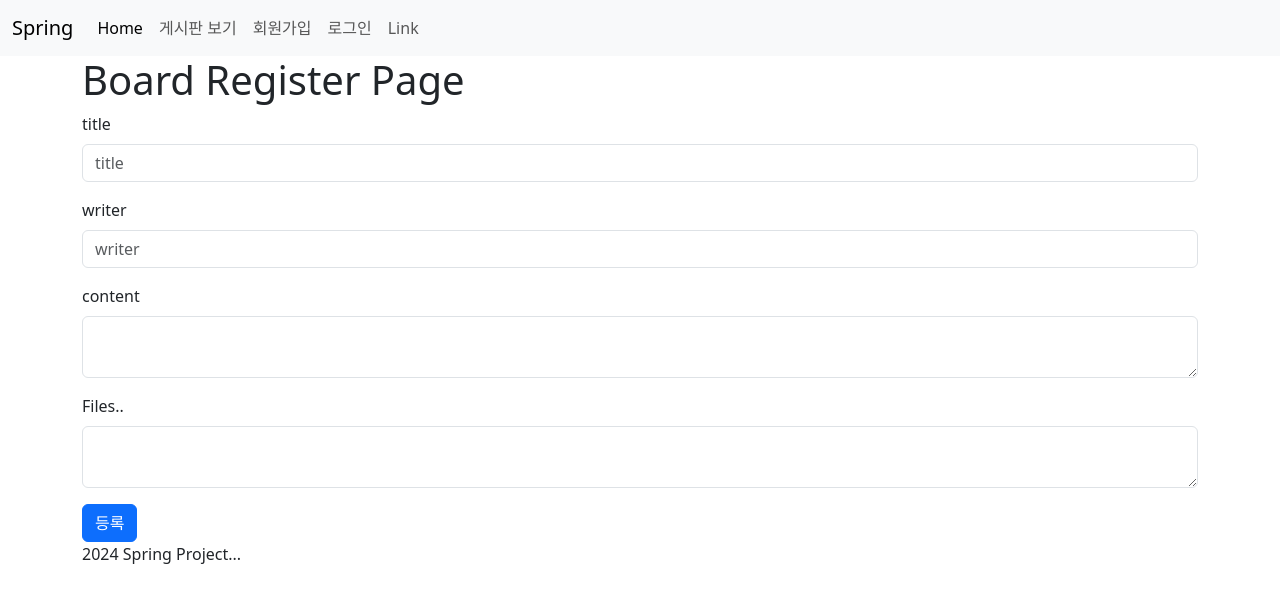
Repository: oco0217/springTest240430
Page: http://localhost/spring_study/WEB-INF/views/board/register.jsp
The author's editor kept a copy of each file at every save. The page is drawn from the files as they stood at one save, then again after a run of saves.
The browser window is 1280 px wide. The pictures show the whole page.
The page is served by Tomcat 9. Nobody is signed in. The template is opened directly, without the code that normally fills it, so the values that code supplies are empty.

Above is the page before, as saved 2024-04-29 01:18:16.

### spring_study/src/main/webapp/WEB-INF/views/board/register.jsp
<%@ page language="java" contentType="text/html; charset=UTF-8"
    pageEncoding="UTF-8"%>
<jsp:include page="../layout/header.jsp" />

<div  class="container-md">
<h1>Board Register Page</h1>
<form action="/board/insert" method="post" enctype="multipart/form-data">

<div class="mb-3">
  <label for="t" class="form-label">title</label>
  <input type="text" class="form-control" id="t" placeholder="title" name="title">
</div>
<div class="mb-3">
  <label for="w" class="form-label">writer</label>
  <input type="text" class="form-control" id="w" placeholder="writer" name="writer" value="${ses.id }" readonly="readonly">
</div>
<div class="mb-3">
  <label for="w" class="form-label">content</label>
  <textarea class="form-control" id="c" name="content" aria-label="With textarea"></textarea>
</div>

<!-- 파일 입력라인 추가 -->

<div class="mb-3">
  <label for="file" class="form-label">Files..</label>
  <textarea class="form-control" id="file" name="file" aria-label="With textarea"></textarea>
</div>

<button type="submit" class="btn btn-primary">등록</button>

</form>
</div>
<jsp:include page="../layout/footer.jsp" />

### spring_study/src/main/webapp/WEB-INF/views/layout/header.jsp
<%@ page language="java" contentType="text/html; charset=UTF-8"
    pageEncoding="UTF-8"%>
    <%@ taglib uri="http://java.sun.com/jsp/jstl/core" prefix="c" %>
<!DOCTYPE html>
<html>
<head>
<meta charset="UTF-8">
<title>header.jsp</title>
<link href="https://cdn.jsdelivr.net/npm/bootstrap@5.3.3/dist/css/bootstrap.min.css" rel="stylesheet" integrity="sha384-QWTKZyjpPEjISv5WaRU9OFeRpok6YctnYmDr5pNlyT2bRjXh0JMhjY6hW+ALEwIH" crossorigin="anonymous">
<script src="https://cdn.jsdelivr.net/npm/bootstrap@5.3.3/dist/js/bootstrap.bundle.min.js" integrity="sha384-YvpcrYf0tY3lHB60NNkmXc5s9fDVZLESaAA55NDzOxhy9GkcIdslK1eN7N6jIeHz" crossorigin="anonymous"></script>
</head>
<body>
<nav class="navbar navbar-expand-lg bg-body-tertiary">
  <div class="container-fluid">
    <a class="navbar-brand" href="#">Spring</a>
    <button class="navbar-toggler" type="button" data-bs-toggle="collapse" data-bs-target="#navbarSupportedContent" aria-controls="navbarSupportedContent" aria-expanded="false" aria-label="Toggle navigation">
      <span class="navbar-toggler-icon"></span>
    </button>
    <div class="collapse navbar-collapse" id="navbarSupportedContent">
      <ul class="navbar-nav me-auto mb-2 mb-lg-0">
        <li class="nav-item">
          <a class="nav-link active" aria-current="page" href="/">Home</a>
        </li>
        <c:if test="${ses ne null }">
        <li class="nav-item">
          <a class="nav-link" href="/board/register">게시판 글쓰기</a>
        </li>
        </c:if>
        <li class="nav-item">
          <a class="nav-link" href="/board/list">게시판 보기</a>
        </li>
        <c:if test="${ses eq null }">
        <li class="nav-item">
          <a class="nav-link" href="/member/register">회원가입</a>
        </li>
        <li class="nav-item">
          <a class="nav-link" href="/member/login">로그인</a>
        </li>
        </c:if>
        <c:if test="${ses ne null }">
        <li class="nav-item">
          <a class="nav-link" href="/member/logout">로그아웃</a>
        </li>
        <li class="nav-item">
          <a class="nav-link" href="/member/modify">${ses.id }(${ses.email }) Welcome!!</a>
        </li>
        </c:if>
        <li class="nav-item">
          <a class="nav-link" href="http://www.google.com" target="_blank" >Link</a>
        </li>
      </ul>
    </div>
  </div>
</nav>

### spring_study/src/main/webapp/WEB-INF/views/layout/footer.jsp
<%@ page language="java" contentType="text/html; charset=UTF-8"
    pageEncoding="UTF-8"%>

<div class="container-md">
2024 Spring Project...
</div>

</body>
</html>

After the next 4 saves:
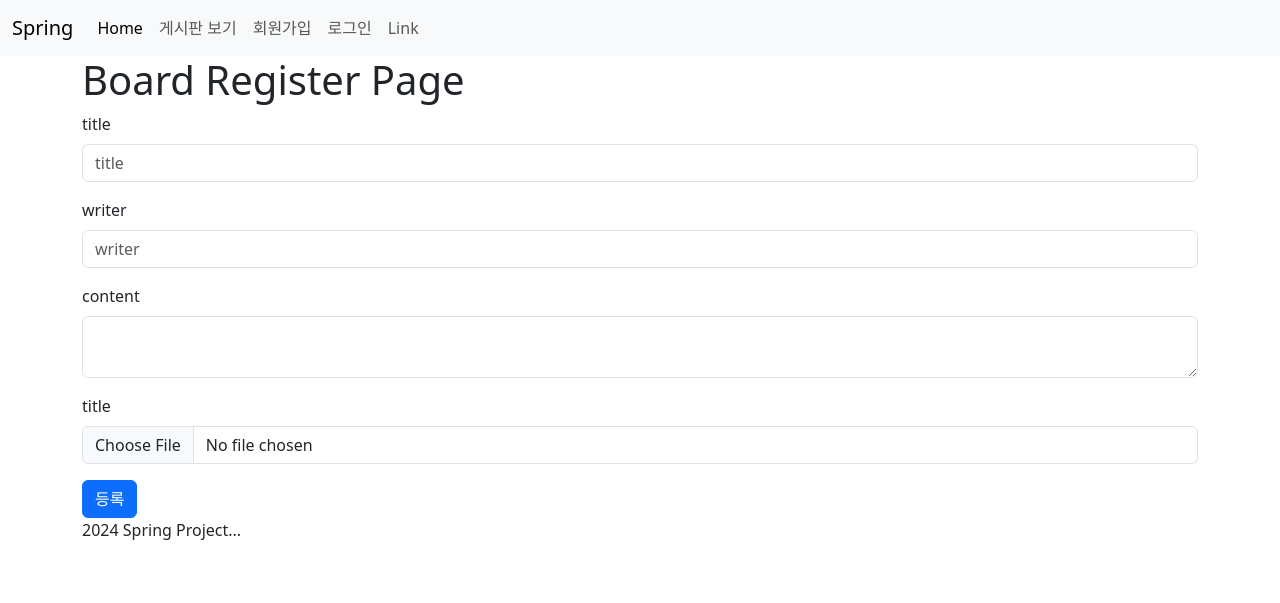
The 4 saves are shown as one change because they came seconds apart.
The last was saved 25 s later.
--- a/spring_study/src/main/webapp/WEB-INF/views/board/register.jsp
+++ b/spring_study/src/main/webapp/WEB-INF/views/board/register.jsp
@@ -22,8 +22,8 @@
 <!-- 파일 입력라인 추가 -->
 
 <div class="mb-3">
-  <label for="file" class="form-label">Files..</label>
-  <textarea class="form-control" id="file" name="file" aria-label="With textarea"></textarea>
+  <label for="file" class="form-label">title</label>
+  <input type="file" class="form-control" id="file" placeholder="title" name="title">
 </div>
 
 <button type="submit" class="btn btn-primary">등록</button>
